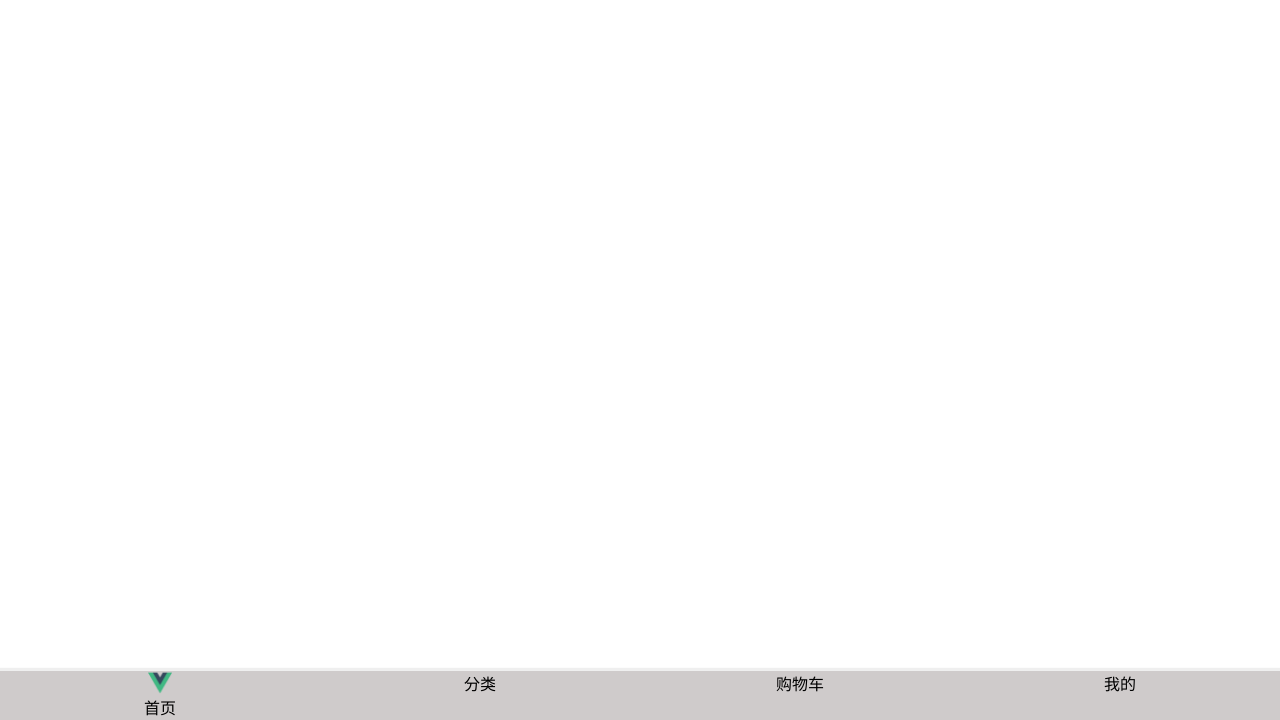
Repository: Shelwinliu/mobile-tabbar-demo
Page: /
These files come from the project's save history. The page is drawn as it stood at one moment and after a run of saves; the edit follows.
The browser window is 1280 px wide. The pictures show the whole page.
The project was rebuilt for these pictures with package versions that can differ from the ones it lists, and the page was loaded fresh each time. Also part of the build but not shown: vue.config.js.

Above is the page before, as saved 2021-07-17 17:15:31.

### public/index.html
<!DOCTYPE html>
<html lang="en">
  <head>
    <meta charset="utf-8">
    <meta http-equiv="X-UA-Compatible" content="IE=edge">
    <meta name="viewport" content="width=device-width,initial-scale=1.0">
    <link rel="icon" href="<%= BASE_URL %>favicon.ico">
    <title>tabbar01</title>
  </head>
  <body>
    <noscript>
      <strong>We're sorry but tabbar01 doesn't work properly without JavaScript enabled. Please enable it to continue.</strong>
    </noscript>
    <div id="app"></div>
    <!-- built files will be auto injected -->
  </body>
</html>

### src/App.vue
<template>
  <div id="app">
    <tab-bar></tab-bar>
  </div>
</template>

<script>
import TabBar from './components/tabbar/TabBar'

export default {
  name: 'App',
  components: {
    TabBar
  }
}
</script>

<style>

</style>

### src/router.js
import Vue from 'vue'
import Router from 'vue-router'

Vue.use(Router)

export default new Router({
  mode: 'history',
  base: process.env.BASE_URL,
  routes: [

  ]
})

### src/components/tabbar/TabBar.vue
<template>
 <div>
   <div id="tabbar">
      <div class="tab-bar-item">
        <img src="../../assets/logo.png" alt="">
        <div>首页</div>
        </div>
      <div class="tab-bar-item">分类</div>
      <div class="tab-bar-item">购物车</div>
      <div class="tab-bar-item">我的</div>
    </div>
 </div>
</template>

<script>
 export default {
   name: 'TabBar',
   data () {
     return {

     }
   },
   components: {

   }
 }
</script>

<style scoped>
  @import "../../assets/css/base.css";

#tabbar {
  display: flex;
  position: fixed;
  bottom: 0;
  left: 0;
  right: 0;
  background: rgb(207, 203, 203);
  box-shadow: 0 -3px 1px rgba(100, 100, 100, .1);
}
.tab-bar-item {
  flex: 1;
  text-align: center;
  height: 49px;
}
.tab-bar-item img {
  width: 24px;
  vertical-align: middle;
}
</style>

Loaded but not shown: src/main.js (common file); src/assets/css/base.css (common file)

After the next 4 saves:
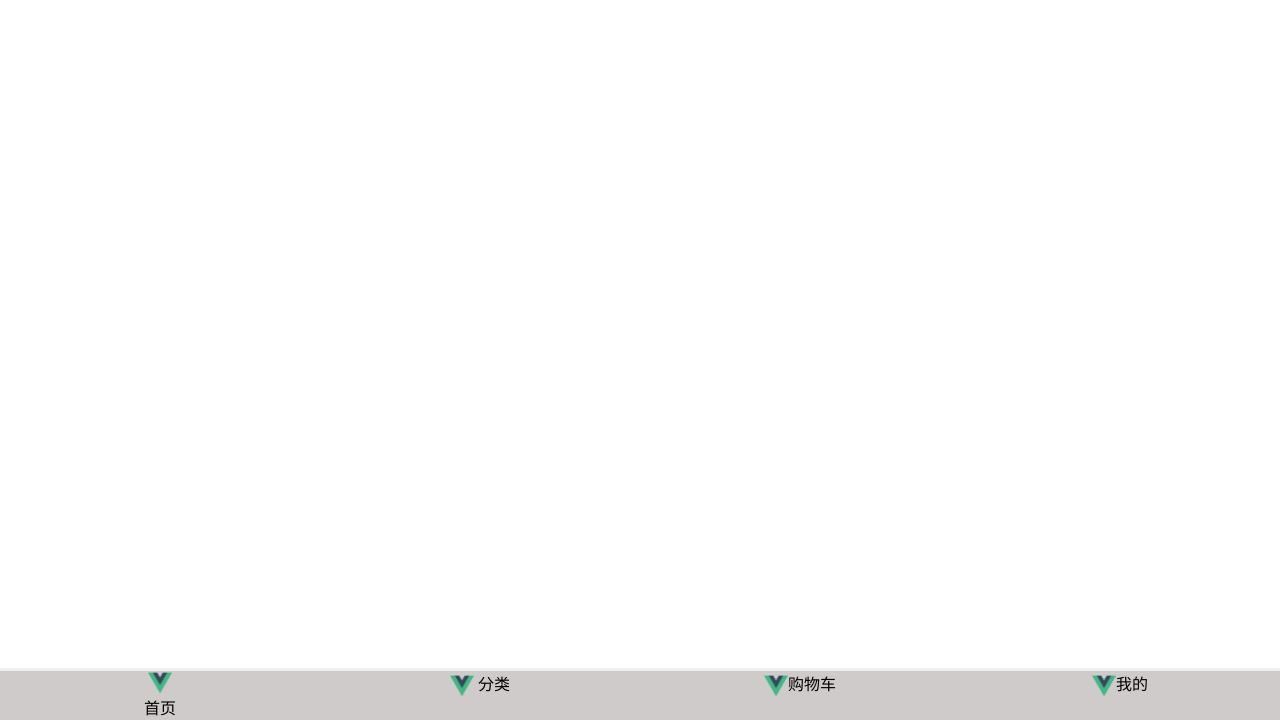
The 4 saves are shown as one change because they came seconds apart.
The last was saved 39 s later.
--- a/src/components/tabbar/TabBar.vue
+++ b/src/components/tabbar/TabBar.vue
@@ -1,33 +1,36 @@
 <template>
- <div>
-   <div id="tabbar">
+  <div>
+    <div id="tabbar">
       <div class="tab-bar-item">
-        <img src="../../assets/logo.png" alt="">
+        <img src="../../assets/logo.png" alt="" />
         <div>首页</div>
-        </div>
-      <div class="tab-bar-item">分类</div>
-      <div class="tab-bar-item">购物车</div>
-      <div class="tab-bar-item">我的</div>
+      </div>
+      <div class="tab-bar-item">
+        <img src="../../assets/logo.png" alt="" />
+        分类
+      </div>
+      <div class="tab-bar-item">
+        <img src="../../assets/logo.png" alt="" />购物车
+      </div>
+      <div class="tab-bar-item">
+        <img src="../../assets/logo.png" alt="" />我的
+      </div>
     </div>
- </div>
+  </div>
 </template>
 
 <script>
- export default {
-   name: 'TabBar',
-   data () {
-     return {
-
-     }
-   },
-   components: {
-
-   }
- }
+export default {
+  name: "TabBar",
+  data() {
+    return {};
+  },
+  components: {},
+};
 </script>
 
 <style scoped>
-  @import "../../assets/css/base.css";
+@import "../../assets/css/base.css";
 
 #tabbar {
   display: flex;
@@ -36,7 +39,7 @@
   left: 0;
   right: 0;
   background: rgb(207, 203, 203);
-  box-shadow: 0 -3px 1px rgba(100, 100, 100, .1);
+  box-shadow: 0 -3px 1px rgba(100, 100, 100, 0.1);
 }
 .tab-bar-item {
   flex: 1;
